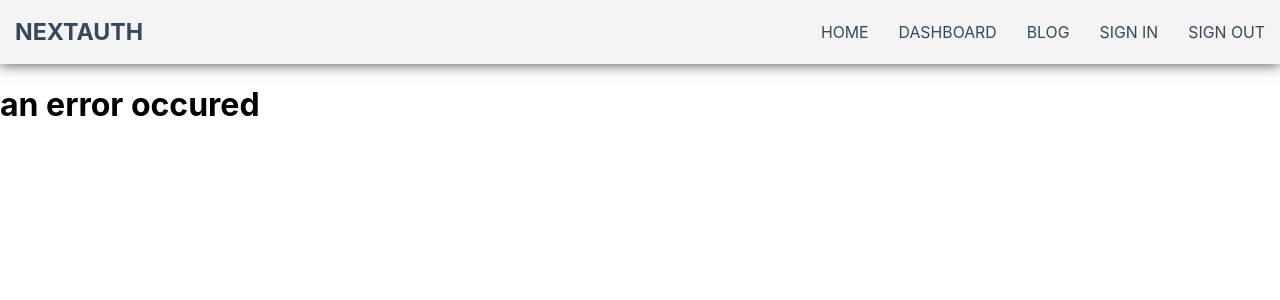
Repository: adeel146/nextjs
Page: /comments
These files come from the project's save history. The page is drawn as it stood at one moment and after a run of saves; the edit follows.
The browser window is 1280 px wide. The pictures show the whole page.
The page's requests for data from a server got no answer. The project was rebuilt for these pictures with package versions that can differ from the ones it lists, and the page was loaded fresh each time. The framework's server and built-in components were replaced by stand-ins that run in the browser. No one was signed in, and anything a server would have sent is missing. Also part of the build but not shown: next.config.js.

Above is the page before, as saved 2022-02-08 16:09:54.

After the next 5 saves:
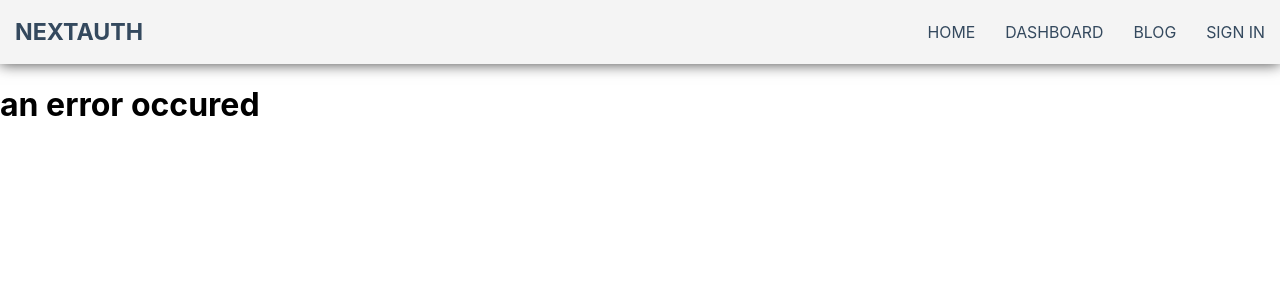
The 5 saves are shown as one change because 1 did not build or start and some came seconds apart.
The last was saved 19 s later.
--- a/components/Navbar.js
+++ b/components/Navbar.js
@@ -40,20 +40,20 @@ function Navbar() {
             </Link>
           </li>
         )}
-
-
-        <li>
-          <Link href="/api/auth/signout">
-            <a
-              onClick={(e) => {
-                e.preventDefault();
-                signOut();
-              }}
-            >
-              Sign Out
-            </a>
-          </Link>
-        </li>
+        {session && (
+          <li>
+            <Link href="/api/auth/signout">
+              <a
+                onClick={(e) => {
+                  e.preventDefault();
+                  signOut();
+                }}
+              >
+                Sign Out
+              </a>
+            </Link>
+          </li>
+        )}
       </ul>
     </nav>
   );
